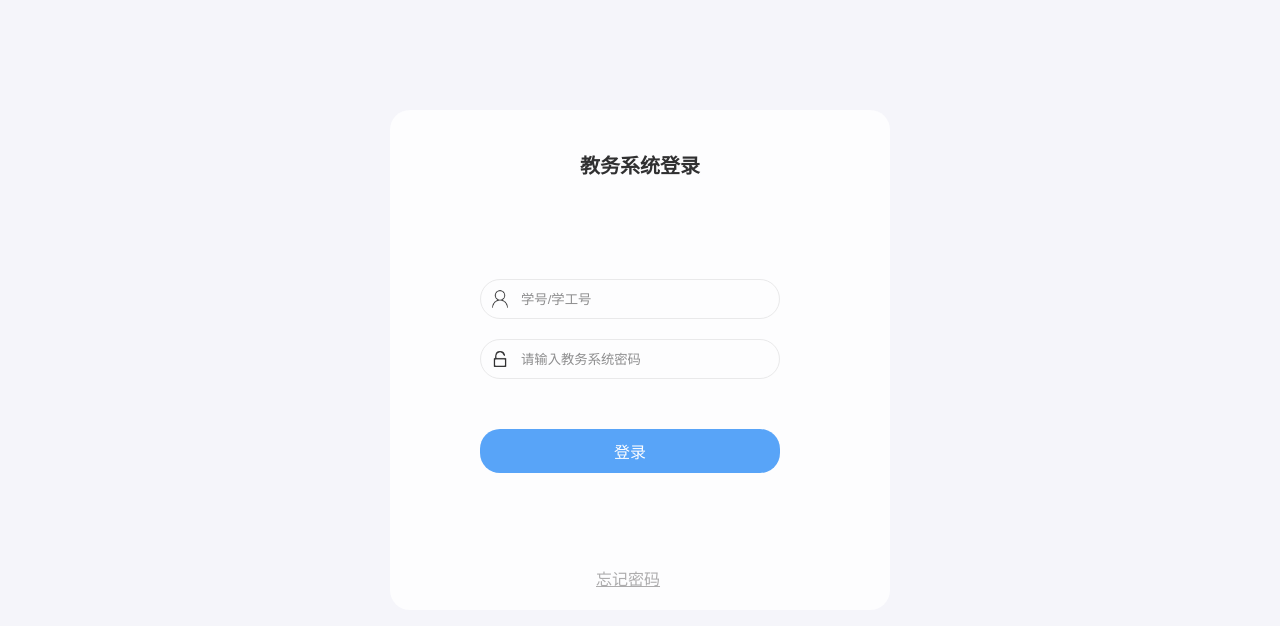
Repository: yangziteng/System
Page: / (app in myreact/)
The author's editor kept a copy of each file at every save. The page is drawn from the files as they stood at one save, then again after a run of saves.
The browser window is 1280 px wide. The pictures show the whole page.
The project was rebuilt for these pictures with package versions that can differ from the ones it lists, and the page was loaded fresh each time. Also part of the build but not shown: myreact/vite.config.js, myreact/src/App.css, myreact/src/App.jsx, myreact/src/log.jsx.

Above is the page before, as saved 2022-07-10 20:26:36.

After the next 2 saves:
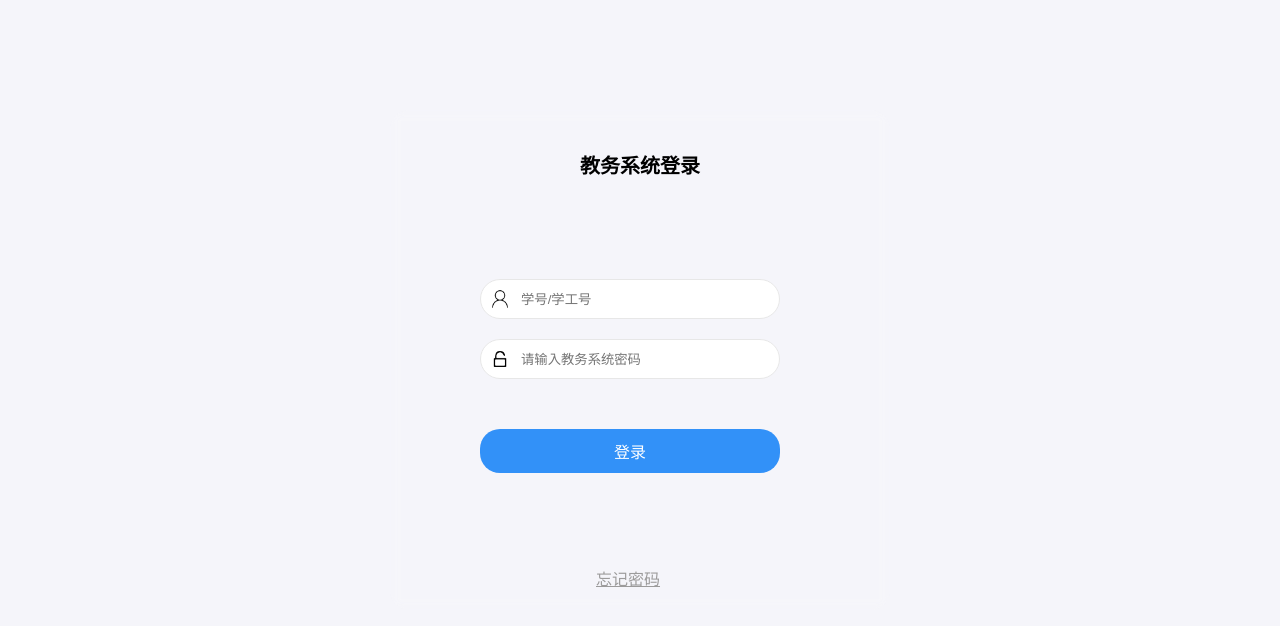
The 2 saves are shown as one change because they came seconds apart.
The last was saved 78 s later.
--- a/myreact/src/pages/Login/Login.css
+++ b/myreact/src/pages/Login/Login.css
@@ -8,9 +8,9 @@
 }
 .model{
     width: 500px;
-    opacity: 0.8;
+    backdrop-filter: blur(6px);
     height: 500px;
-    background-color: white;
+    /* background-color: white; */
     border-radius: 20px;
     margin:0 auto;
     position: relative;
